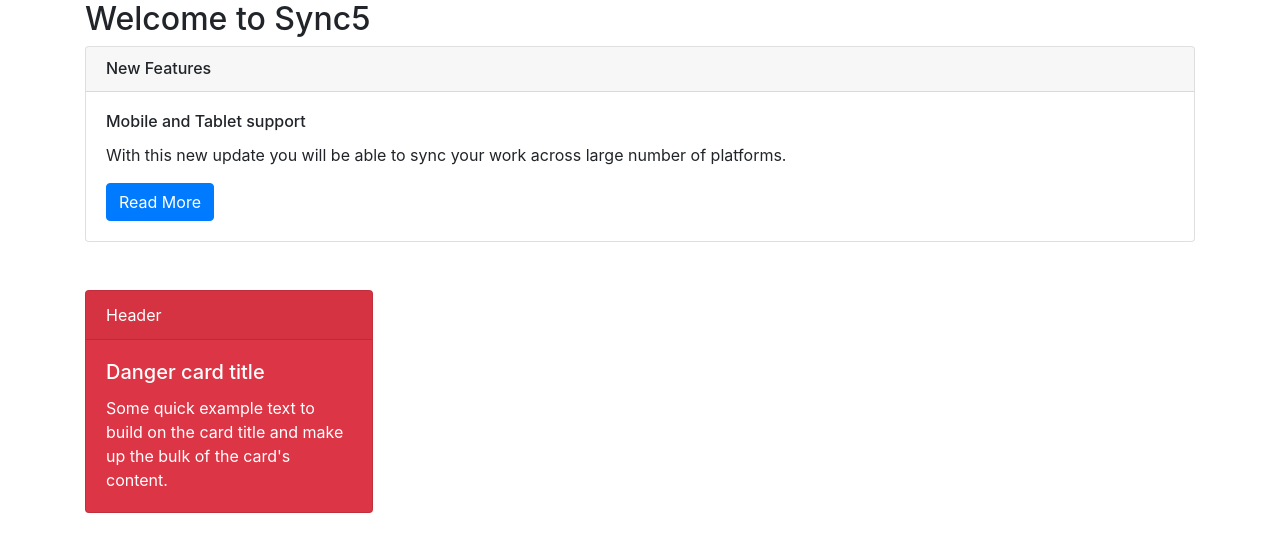
Repository: acciojob/bootstrap-card-vandanayadav15
Page: main.html
These files come from the project's save history. The page is drawn as it stood at one moment and after a run of saves; the edit follows.
The browser window is 1280 px wide. The pictures show the whole page.

Above is the page before, as saved 2022-10-28 23:30:53.

### main.html
<!DOCTYPE html>
<html lang="en">

<head>
	<title>Welcome to Sync5</title>
	<meta charset="utf-8">
	<meta name="viewport" content="width=device-width, initial-scale=1">
	<link rel="stylesheet" href="https://cdn.jsdelivr.net/npm/bootstrap@4.6.1/dist/css/bootstrap.min.css">
	<script src="https://cdn.jsdelivr.net/npm/jquery@3.6.0/dist/jquery.slim.min.js"></script>
	<script src="https://cdn.jsdelivr.net/npm/popper.js@1.16.1/dist/umd/popper.min.js"></script>
	<script src="https://cdn.jsdelivr.net/npm/bootstrap@4.6.1/dist/js/bootstrap.bundle.min.js"></script>
</head>

<body>

	<div class="container">
		<h2>Welcome to Sync5</h2>
		<div class="card">
			<h6 class="card-header">New Features</h6>
			<div class="card-body">
				<h6 class="card-title">Mobile and Tablet support</h6>
				<p class="card-text">With this new update you will be able to sync your work across large number of platforms.</p>
				<a href="#" class="btn btn-primary">Read More</a>
			</div>
		</div><br><br>
		<div class="card text-white bg-danger mb-3" style="max-width: 18rem; max-height:1;">
			<div class="card-header">Header</div>
			<div class="card-body">
				<h5 class="card-title">Danger card title</h5>
				<p class="card-text">Some quick example text to build on the card title and make up the bulk of the card's
					content.</p>
			</div>
		</div>
	</div>

</body>

</html>

After the next 3 saves:
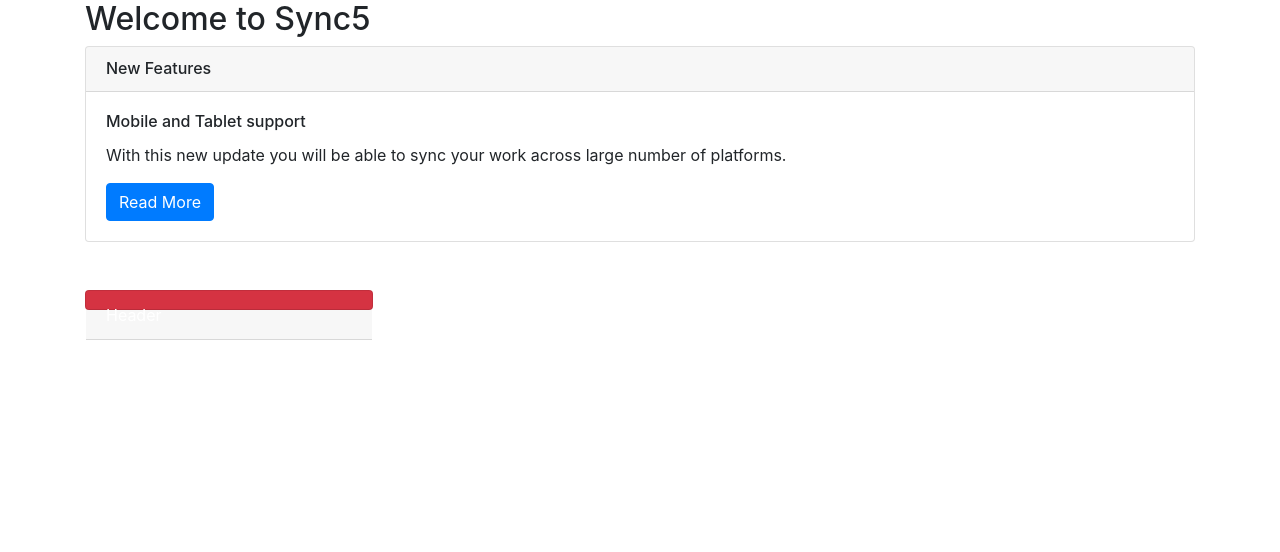
The 3 saves are shown as one change because they came seconds apart.
The last was saved 8 s later.
--- a/main.html
+++ b/main.html
@@ -23,7 +23,7 @@
 				<a href="#" class="btn btn-primary">Read More</a>
 			</div>
 		</div><br><br>
-		<div class="card text-white bg-danger mb-3" style="max-width: 18rem; max-height:1;">
+		<div class="card text-white bg-danger mb-3" style="max-width: 18rem; max-height:20px;">
 			<div class="card-header">Header</div>
 			<div class="card-body">
 				<h5 class="card-title">Danger card title</h5>
